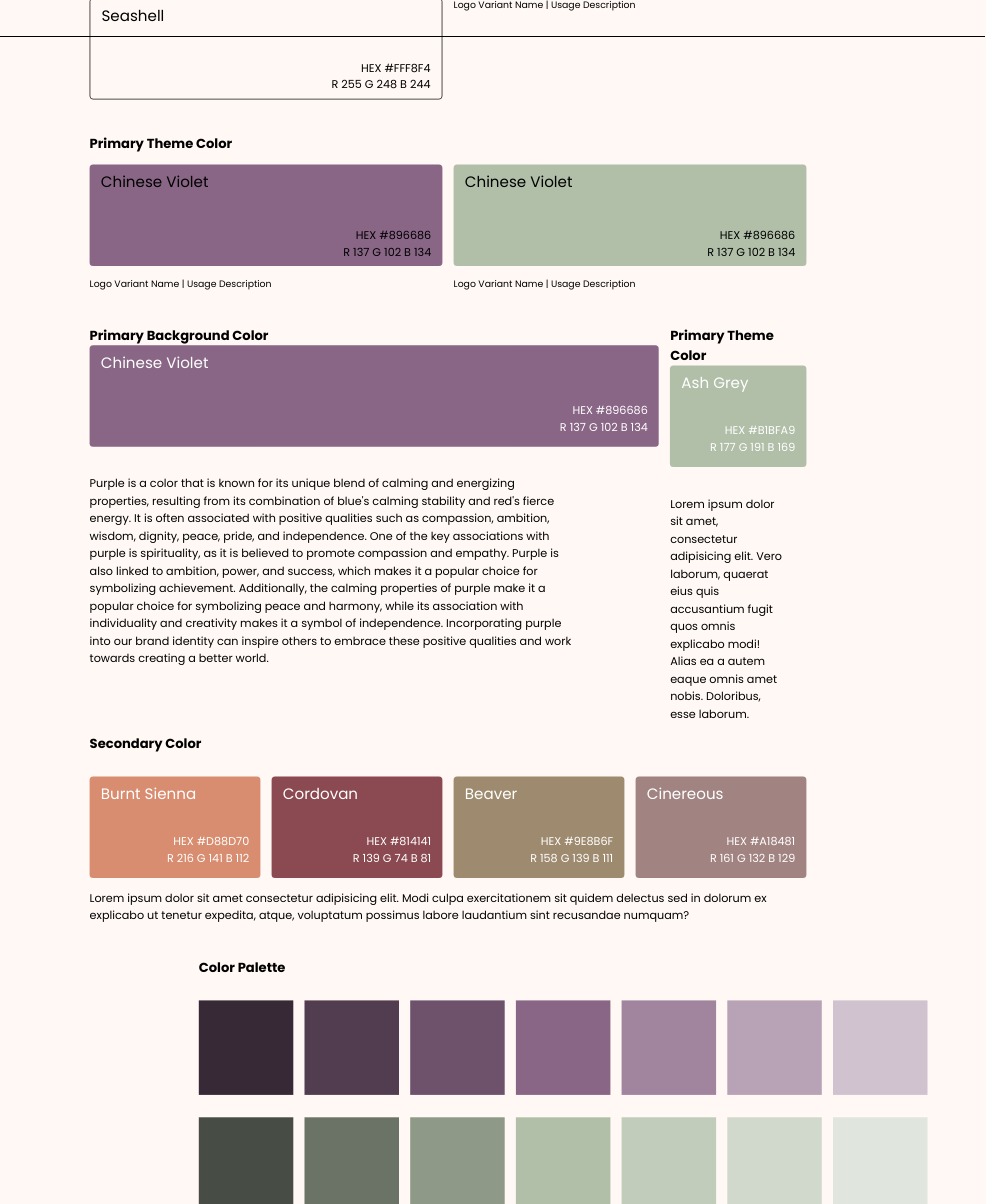
Repository: kionale/Antibullying-Project_Design-Guide
Page: color.html
The author's editor kept a copy of each file at every save. The page is drawn from the files as they stood at one save, then again after the next save.
The browser window is 1280 px wide. The page is 1408 px wide, so the pictures cover 1408 px, including what lies to the right of the window. The pictures show the part of the page from y = 313 to 2033 px (the page is 2785 px tall before and 2185 px after), at 70% of full size.

Above is the page before, as saved 2023-03-11 01:37:07.

After the next save:
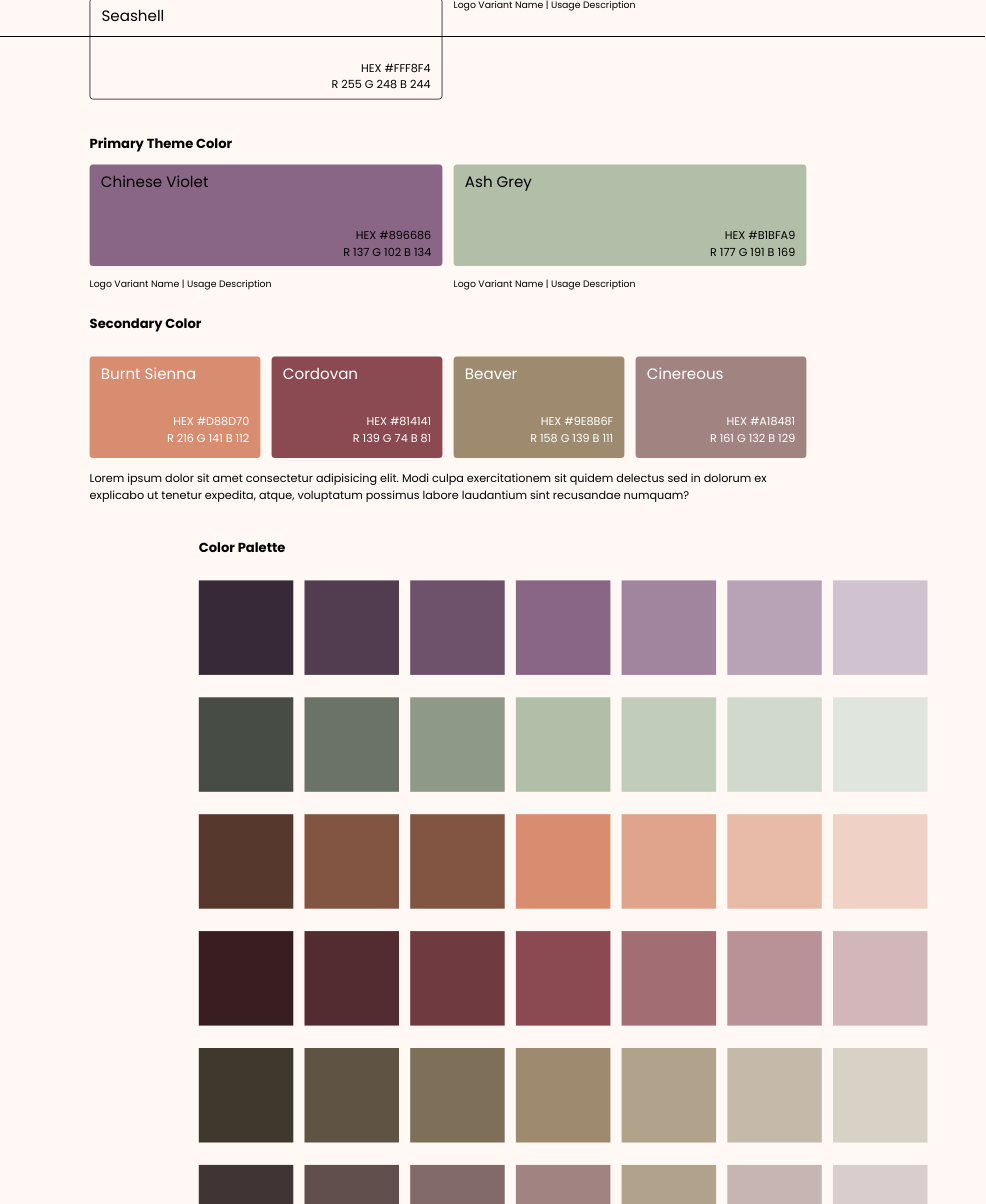
Saved 40 s later.
--- a/color.html
+++ b/color.html
@@ -66,67 +66,11 @@
             </div>
             <div class="subCard">
                 <div class="color_container color_box3">
-                    <div class="color_bgname">Chinese Violet</div>
-                    <div class="hex">HEX #896686</div>
-                    <div class="RGB">R 137 G 102 B 134</div>
+                    <div class="color_bgname">Ash Grey</div>
+                    <div class="hex">HEX #B1BFA9</div>
+                    <div class="RGB">R 177 G 191 B 169</div>
                 </div>
                 <p class="description_text">Logo Variant Name | Usage Description</p>
-            </div>
-        </div>
-
-        <div class="row">
-            <div class="col">
-                <div class="color_scheme">
-                    <h3>Primary Background Color</h3>
-                    <div class="color_container color_box2">
-                        <div class="color_name">Chinese Violet</div>
-                        <div class="hex_w">HEX #896686</div>
-                        <div class="RGB_w">R 137 G 102 B 134</div>
-                    </div>
-                </div>
-                <div class="color_text primary_half">
-                    <p>Purple is a color that is known for its unique blend of calming and energizing
-                        properties,
-                        resulting from its
-                        combination of blue's calming stability and red's fierce energy. It is often
-                        associated with
-                        positive qualities such as
-                        compassion, ambition, wisdom, dignity, peace, pride, and independence. One of the
-                        key
-                        associations with purple is
-                        spirituality, as it is believed to promote compassion and empathy. Purple is also
-                        linked to
-                        ambition, power, and
-                        success, which makes it a popular choice for symbolizing achievement. Additionally,
-                        the
-                        calming properties of purple
-                        make it a popular choice for symbolizing peace and harmony, while its association
-                        with
-                        individuality and creativity
-                        makes it a symbol of independence. Incorporating purple into our brand identity can
-                        inspire
-                        others to embrace these
-                        positive qualities and work towards creating a better world.
-                    </p>
-                </div>
-            </div>
-            <div class="col">
-                <div class="color_scheme">
-                    <h3>Primary Theme Color</h3>
-                    <div class="color_container color_box3">
-                        <div class="color_name">Ash Grey</div>
-                        <div class="hex_w">HEX #B1BFA9</div>
-                        <div class="RGB_w">R 177 G 191 B 169</div>
-                    </div>
-                </div>
-                <div class="color_text primary_half">
-                    <p>Lorem ipsum dolor sit amet, consectetur adipisicing elit. Vero laborum, quaerat eius
-                        quis
-                        accusantium fugit
-                        quos omnis explicabo modi! Alias ea a autem eaque omnis amet nobis. Doloribus, esse
-                        laborum.
-                    </p>
-                </div>
             </div>
         </div>
 
